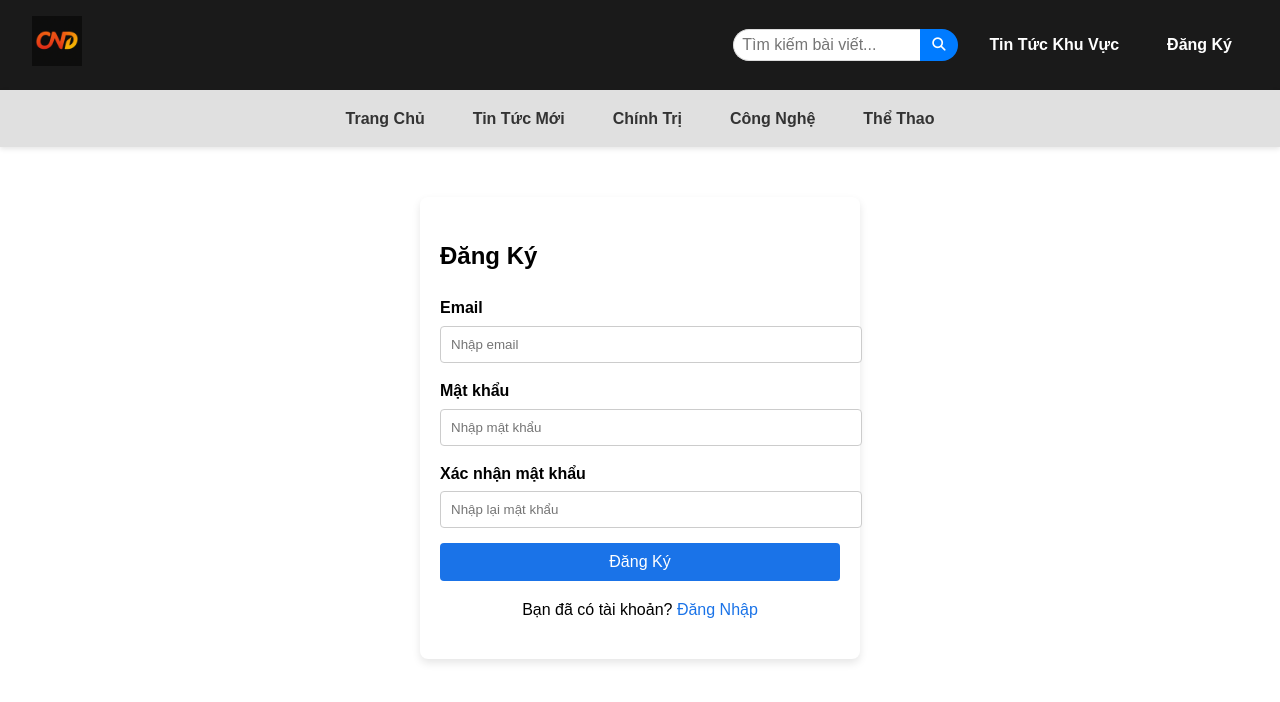
Repository: NhatMinh121/DoAnWeb
Page: login.html
An editor plug-in stored every save of this project. The page is shown before and after the next save, followed by the edit.
The browser window is 1280 px wide. The pictures show the whole page.
Some web libraries are served in a nearby version.

Above is the page before, as saved 2025-04-23 19:09:45.

After the next save:
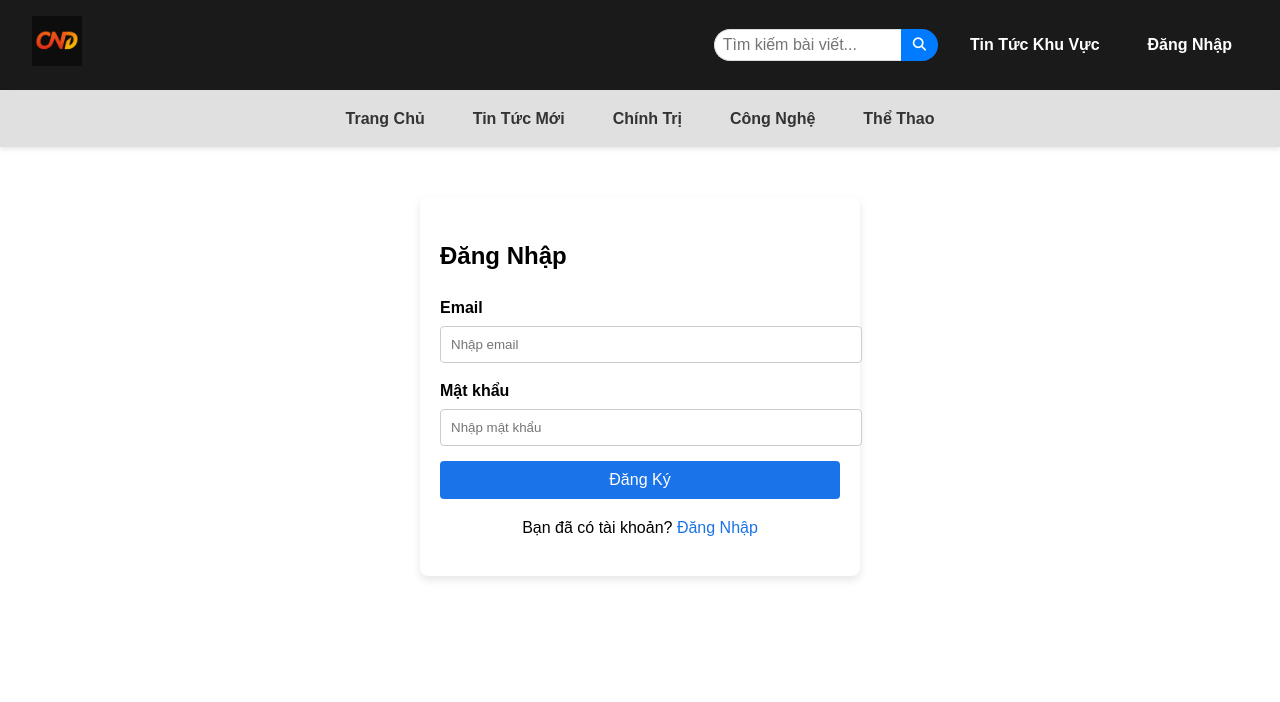
Saved 50 s later.
--- a/login.html
+++ b/login.html
@@ -84,7 +84,7 @@
                 <button><i class="fa-solid fa-magnifying-glass"></i></button>
             </div>
             <a href="#local-news">Tin Tức Khu Vực</a>
-            <a href="signandlogin.html">Đăng Ký</a>
+            <a href="signandlogin.html">Đăng Nhập</a>
         </div>
     </header>
     <nav>
@@ -97,7 +97,7 @@
         </ul>
     </nav>
     <div class="container">
-        <h2>Đăng Ký</h2>
+        <h2>Đăng Nhập</h2>
         <div class="form-group">
             <label for="register-email">Email</label>
             <input type="email" id="register-email" placeholder="Nhập email">
@@ -105,10 +105,6 @@
         <div class="form-group">
             <label for="register-password">Mật khẩu</label>
             <input type="password" id="register-password" placeholder="Nhập mật khẩu">
-        </div>
-        <div class="form-group">
-            <label for="confirm-password">Xác nhận mật khẩu</label>
-            <input type="password" id="confirm-password" placeholder="Nhập lại mật khẩu">
         </div>
         <div class="form-group">
             <button>Đăng Ký</button>
